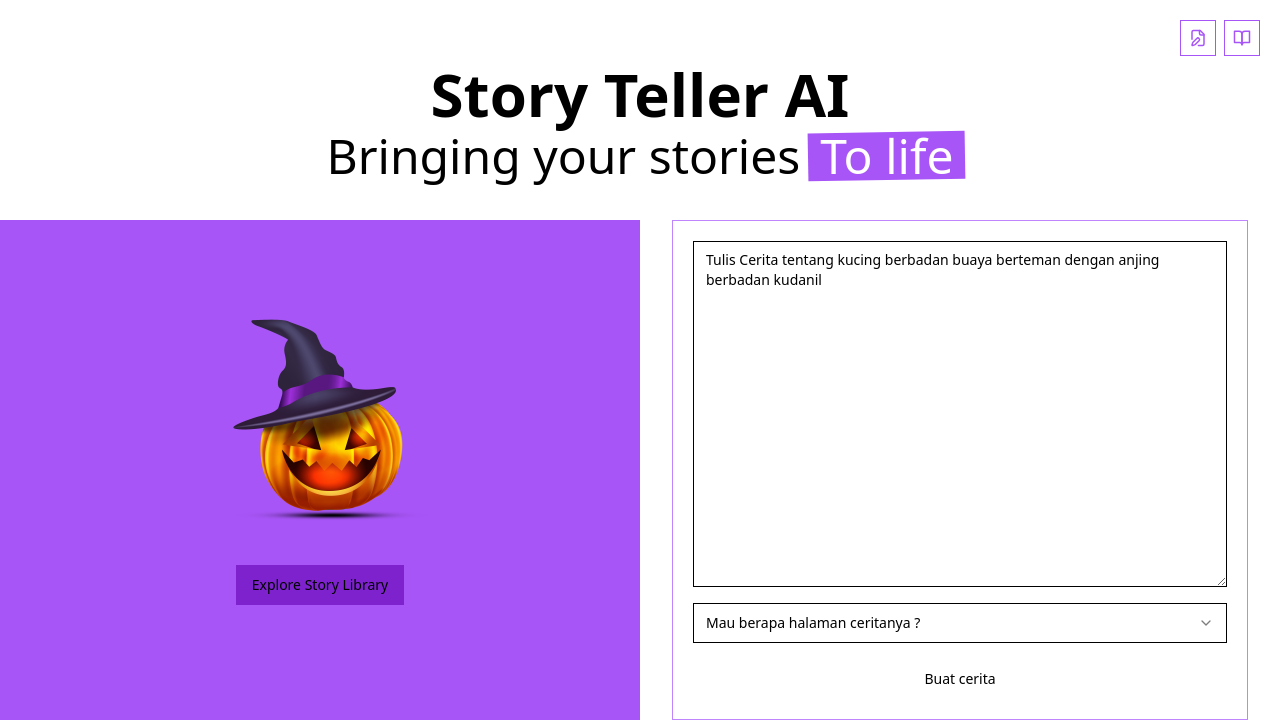
Repository: KilluaProject/story-tellerAI
Page: /
The author's editor kept a copy of each file at every save. The page is drawn from the files as they stood at one save, then again after the next save.
The browser window is 1280 px wide. The pictures show the whole page.
The project was rebuilt for these pictures with package versions that can differ from the ones it lists, and the page was loaded fresh each time. The framework's server and built-in components were replaced by stand-ins that run in the browser. Also part of the build but not shown: next.config.mjs.

Above is the page before, as saved 2024-06-25 13:52:54.

After the next save:
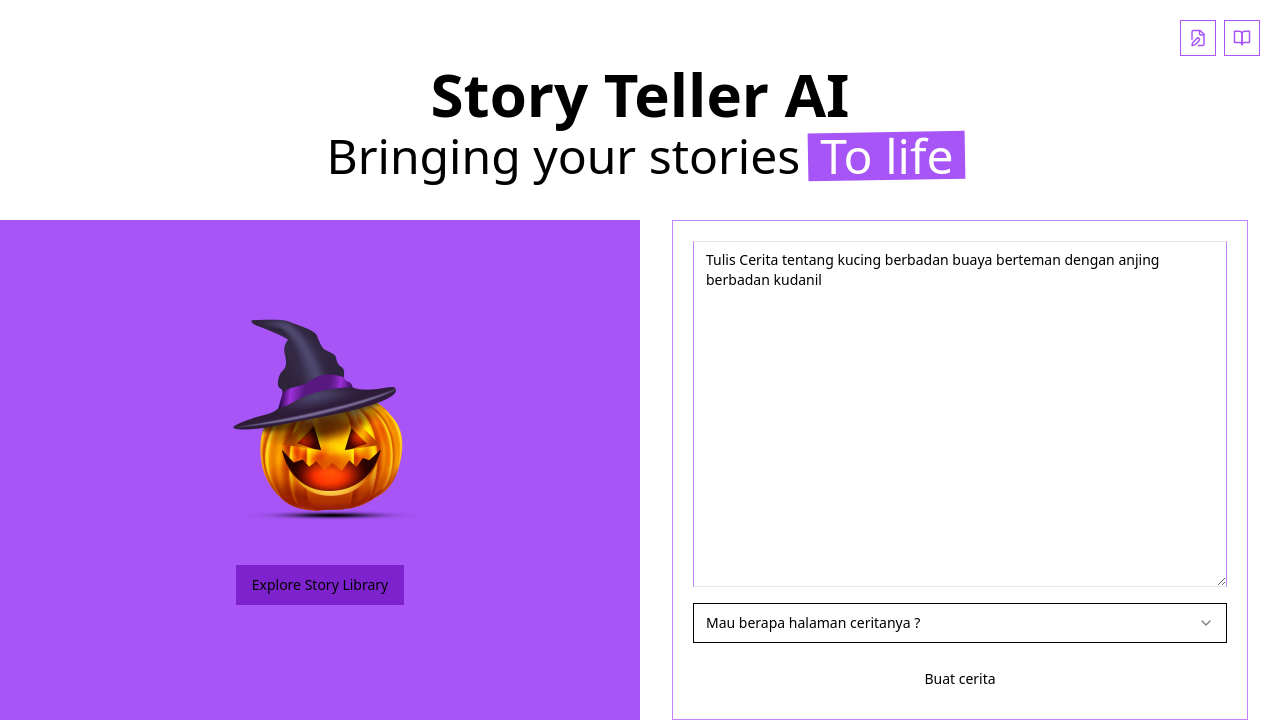
Saved 31 s later.
--- a/components/ui/textarea.tsx
+++ b/components/ui/textarea.tsx
@@ -10,7 +10,7 @@
     return (
       <textarea
         className={cn(
-          "flex min-h-[80px] w-full rounded-md border border-purple-400 border-input bg-background px-3 py-2 text-sm ring-offset-background placeholder:text-muted-foreground focus-visible:outline-none focus-visible:ring-2 focus-visible:ring-ring focus-visible:ring-offset-2 disabled:cursor-not-allowed disabled:opacity-50",
+          "flex min-h-[80px] w-full rounded-md border border-x-purple-400 bg-background px-3 py-2 text-sm ring-offset-background placeholder:text-muted-foreground focus-visible:outline-none focus-visible:ring-2 focus-visible:ring-ring focus-visible:ring-offset-2 disabled:cursor-not-allowed disabled:opacity-50",
           className
         )}
         ref={ref}

After the save that followed:
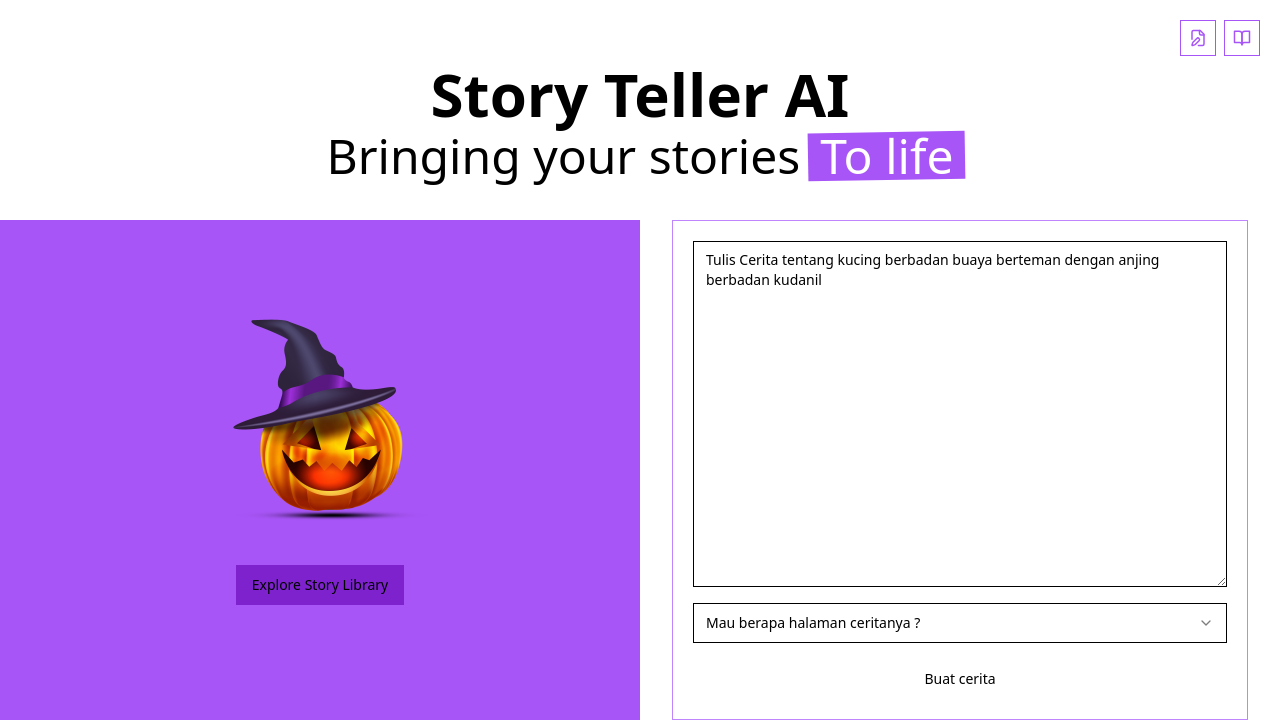
Saved 12 s later.
--- a/components/ui/textarea.tsx
+++ b/components/ui/textarea.tsx
@@ -10,7 +10,7 @@
     return (
       <textarea
         className={cn(
-          "flex min-h-[80px] w-full rounded-md border border-x-purple-400 bg-background px-3 py-2 text-sm ring-offset-background placeholder:text-muted-foreground focus-visible:outline-none focus-visible:ring-2 focus-visible:ring-ring focus-visible:ring-offset-2 disabled:cursor-not-allowed disabled:opacity-50",
+          "flex min-h-[80px] w-full rounded-md border border-input bg-background px-3 py-2 text-sm ring-offset-background placeholder:text-muted-foreground focus-visible:outline-none focus-visible:ring-2 focus-visible:ring-ring focus-visible:ring-offset-2 disabled:cursor-not-allowed disabled:opacity-50",
           className
         )}
         ref={ref}
